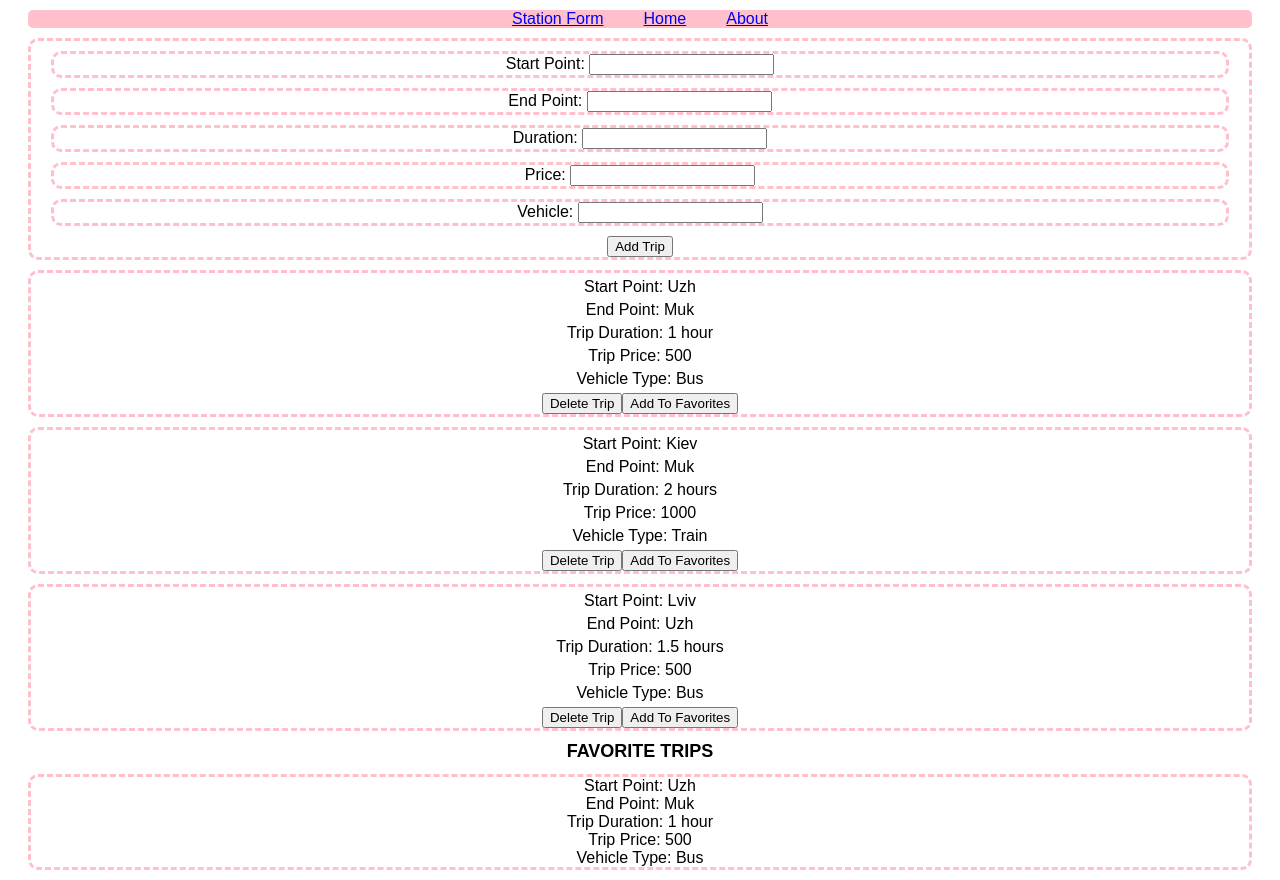
Repository: rutsguifd/mkr2
Page: /#/station-form, after clicking the first element matching `div.card > :nth-child(7)`
These files come from the project's save history. The page is drawn as it stood at one moment and after the next save; the edit follows.
The browser window is 1280 px wide. The pictures show the whole page.
The project was rebuilt for these pictures with package versions that can differ from the ones it lists, and the page was loaded fresh each time. Also part of the build but not shown: src/views/Home.vue, src/views/About.vue.

Above is the page before, as saved 2021-12-21 23:21:03.

After the next save:
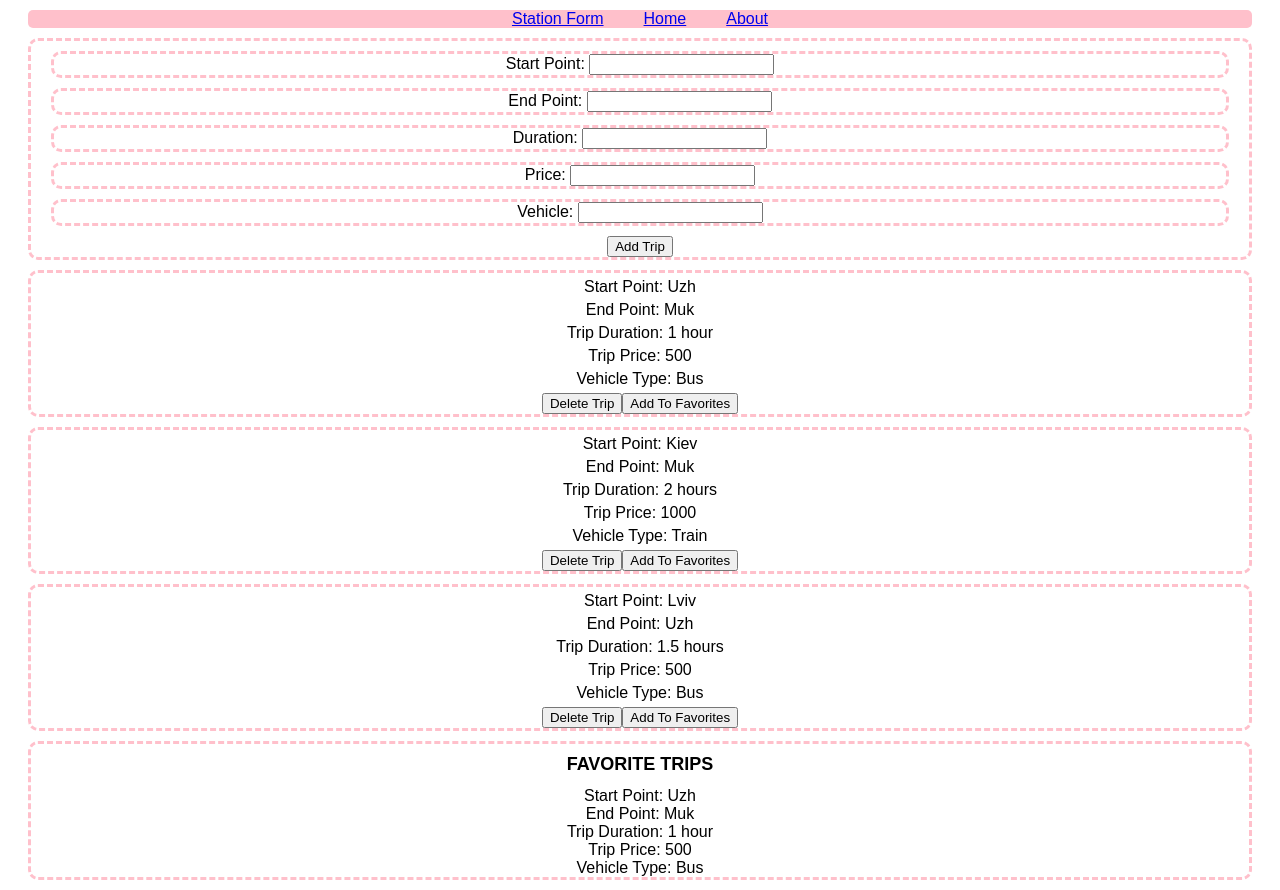
Saved 35 s later.
--- a/src/components/FavoriteTrips.vue
+++ b/src/components/FavoriteTrips.vue
@@ -1,6 +1,6 @@
 <template>
+  <div class="fav">
   <h1>FAVORITE TRIPS</h1>
-  <div class="fav">
     <div>Start Point: {{ trip.tripStart }}</div>
     <div>End Point: {{ trip.tripEnd }}</div>
     <div>Trip Duration: {{ trip.tripDuration }}</div>
